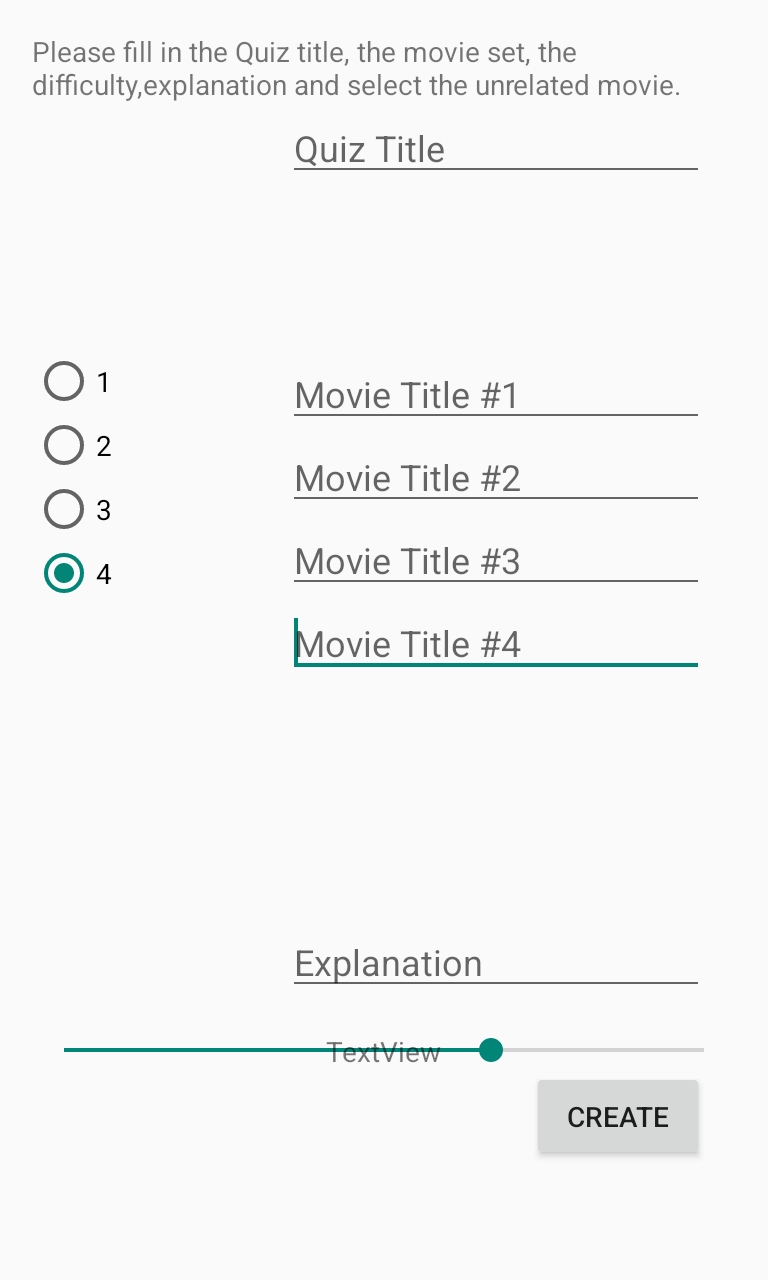
Repository: quantumlicht/android-capstone
Layout: capstone_client/res/layout/activity_create_quiz.xml
These files come from the project's save history. The layout is drawn as it stood at one moment and after the next save; the edit follows.
It is drawn on a 768 x 1280 px phone screen (xhdpi) without system bars, with theme AppTheme; the app's code is not run.

Above is the layout before, as saved 2014-11-14 02:42:50.

After the next save:
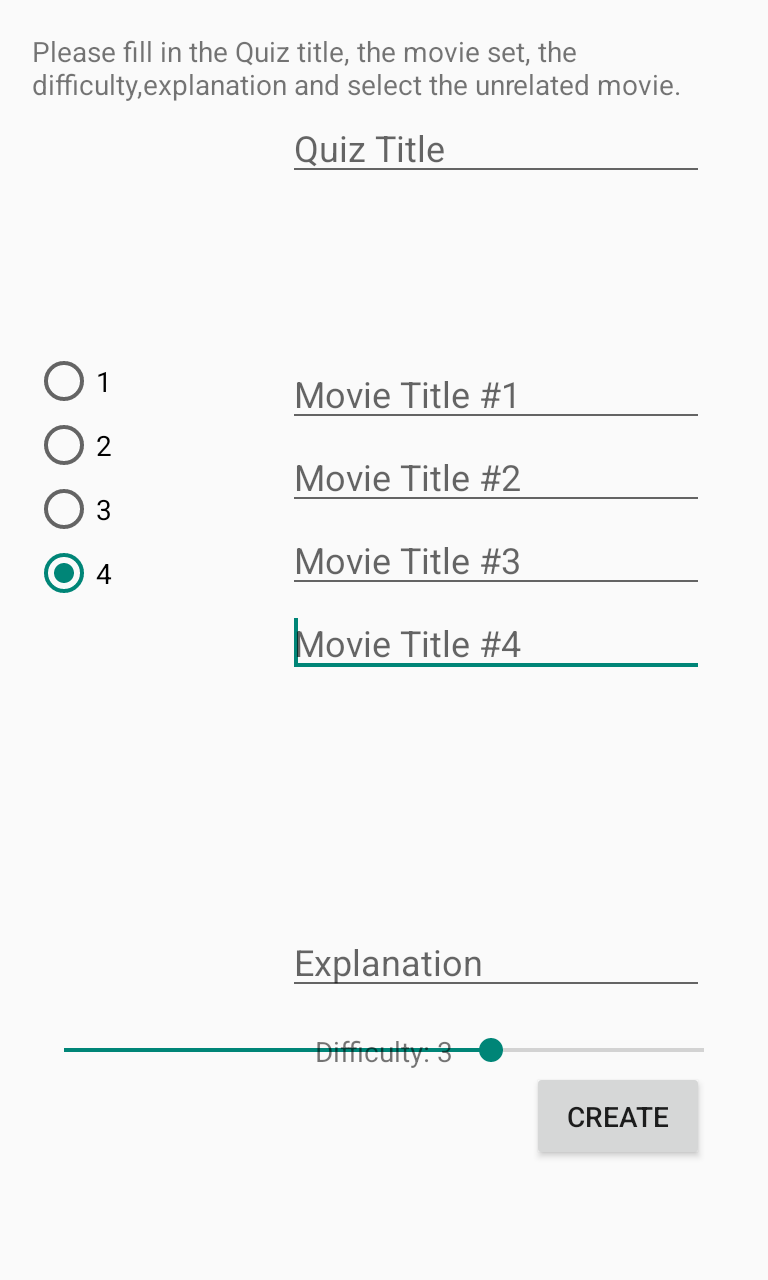
Saved 108 s later.
--- a/capstone_client/res/layout/activity_create_quiz.xml
+++ b/capstone_client/res/layout/activity_create_quiz.xml
@@ -117,7 +117,7 @@
         android:layout_height="wrap_content"
         android:layout_alignTop="@+id/difficulty"
         android:layout_centerHorizontal="true"
-        android:text="TextView" />
+        android:text="Difficulty: 3" />
 
     <EditText
         android:id="@+id/explanation"
